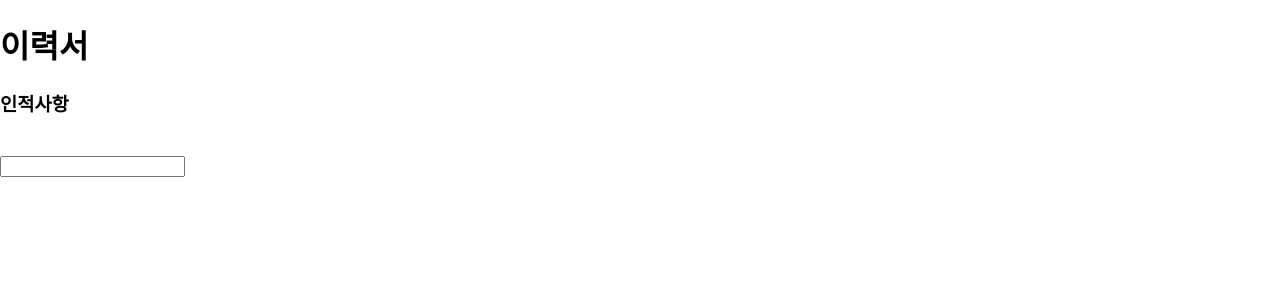
Repository: jiyeonyun/etc
Page: / (app in job/)
These files come from the project's save history. The page is drawn as it stood at one moment and after the next save; the edit follows.
The browser window is 1280 px wide. The pictures show the whole page.
The project was rebuilt for these pictures with package versions that can differ from the ones it lists, and the page was loaded fresh each time. Also part of the build but not shown: job/src/components/info/info.module.css.

Above is the page before, as saved 2022-05-18 09:46:37.

### job/src/index.js
import React from 'react';
import ReactDOM from 'react-dom';
import './index.css';
import App from './app';
import reportWebVitals from './reportWebVitals';

ReactDOM.render(
  <React.StrictMode>
    <App />
  </React.StrictMode>,
  document.getElementById('root')
);
reportWebVitals();

### job/src/app.jsx
import styles from './app.module.css';
import Header from './components/header/header';
import Info from './components/info/info';

function App() {
  return (
    <div>
      <Header/>
      <Info/>
    </div>
  );
}

export default App;

### job/src/components/header/header.jsx
import React from 'react';
import styles from './header.module.css';
const Header = (props) => {

    return(
        <header>
            <h1 className={styles.headerTitle}>이력서</h1>
        </header>
    );
    };

export default Header;

### job/src/components/info/info.jsx
import React from 'react';
import styles from './info.module.css';
const Info = (props) => {
  return (
    <div className={styles.infoWrap}>
      <h3 className={styles.infoTitle}>인적사항</h3>
      <div className={styles.infoInnerWrap}>
        <div className={styles.imageWrap}>
          <img src="" alt="" className={styles.infoImage} />
        </div>
        <div className={styles.desWrap}>
          <input type="text" />
        </div>
      </div>
    </div>
  );
};

export default Info;

Loaded but not shown: job/public/index.html (common file); job/src/index.css (common file); job/src/reportWebVitals.js (common file); job/src/app.module.css (no stored copy; drawn as an empty file); job/src/components/header/header.module.css (no stored copy; drawn as an empty file)

After the next save:
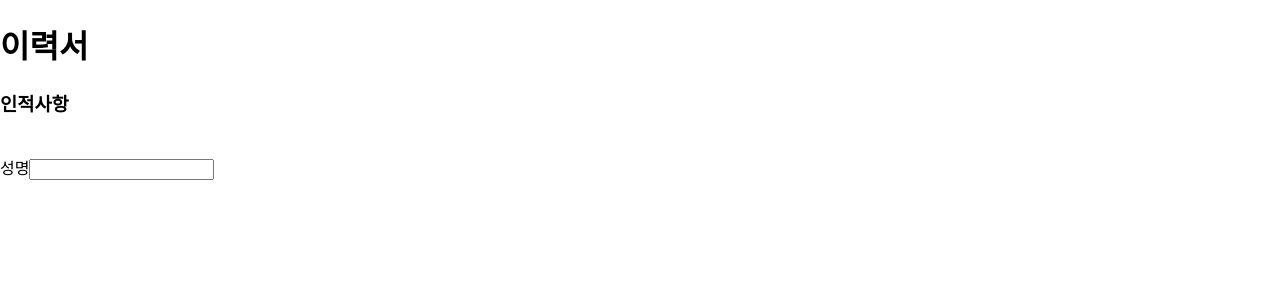
Saved 90 s later.
--- a/job/src/components/info/info.jsx
+++ b/job/src/components/info/info.jsx
@@ -9,7 +9,8 @@ const Info = (props) => {
           <img src="" alt="" className={styles.infoImage} />
         </div>
         <div className={styles.desWrap}>
-          <input type="text" />
+          <label htmlFor="name">성명</label>
+          <input type="text" id="name" />
         </div>
       </div>
     </div>
